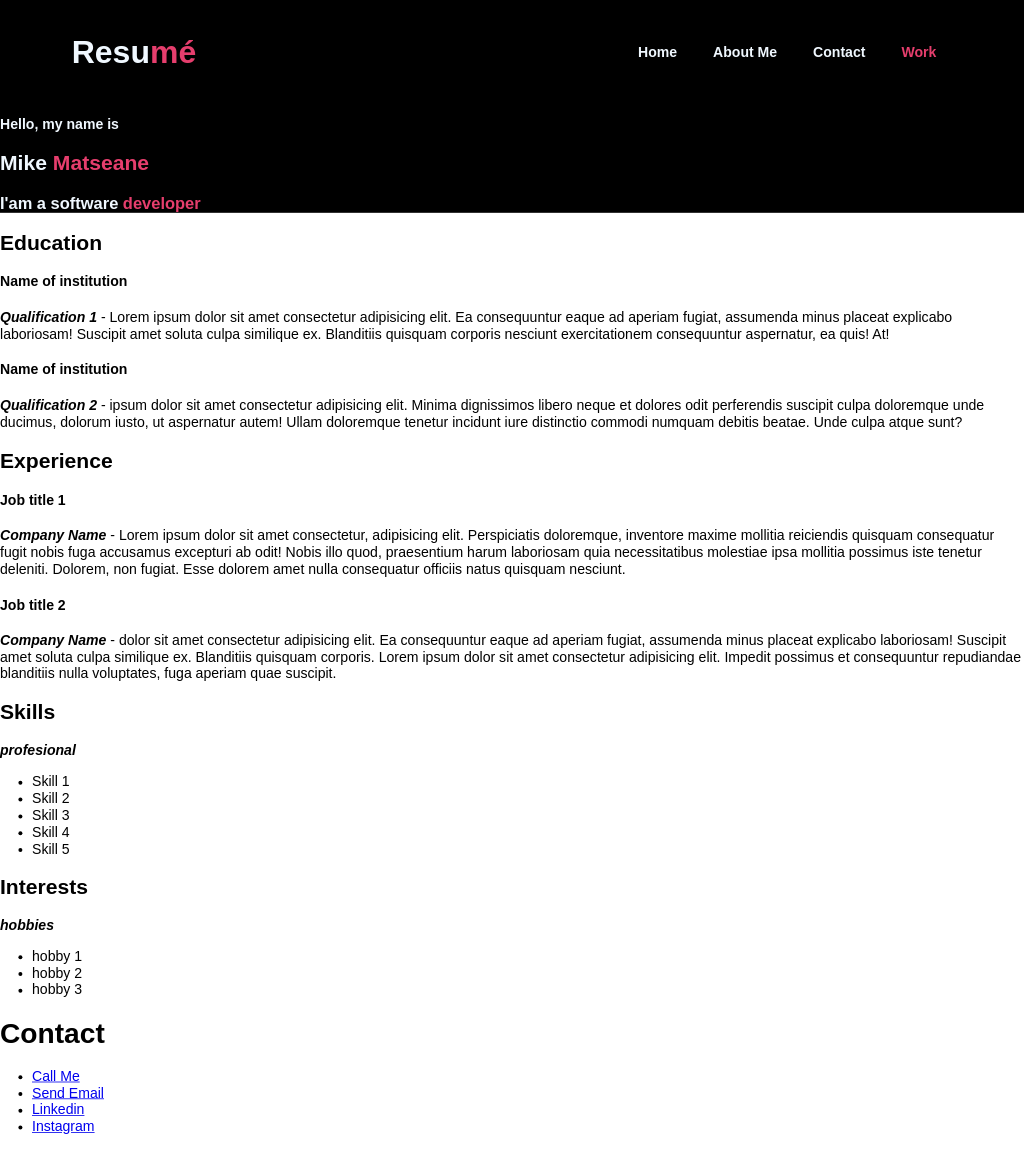
Repository: mikempho/Resume1
Page: resume1.html
The author's editor kept a copy of each file at every save. The page is drawn from the files as they stood at one save, then again after the next save.
The browser window is 1280 px wide. The pictures show the whole page, at 80% of full size.

Above is the page before, as saved 2022-03-26 09:43:47.

After the next save:
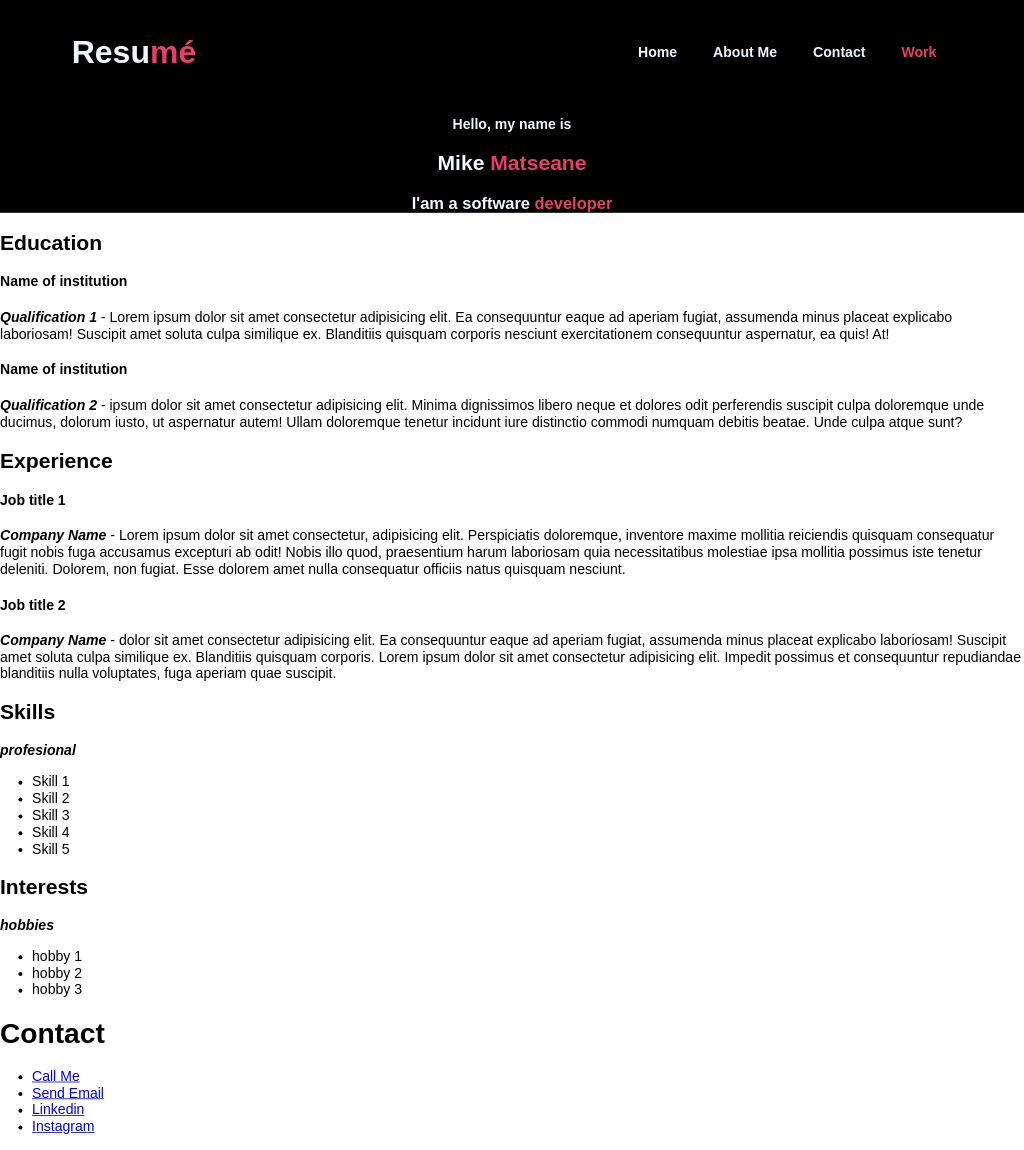
Saved 30 s later.
--- a/css/stylesheet.css
+++ b/css/stylesheet.css
@@ -9,6 +9,7 @@
 .hero {
   background-color: #000;
   color: aliceblue;
+  text-align: center;
 }
 
 span {
@@ -33,7 +34,7 @@
   display: inline;
   padding: 0 20px;
   font-weight: 600;
-  font-size:1.1rem ;
+  font-size:1.1rem;
 }
 
 nav ul li a {

After the 2 saves that followed:
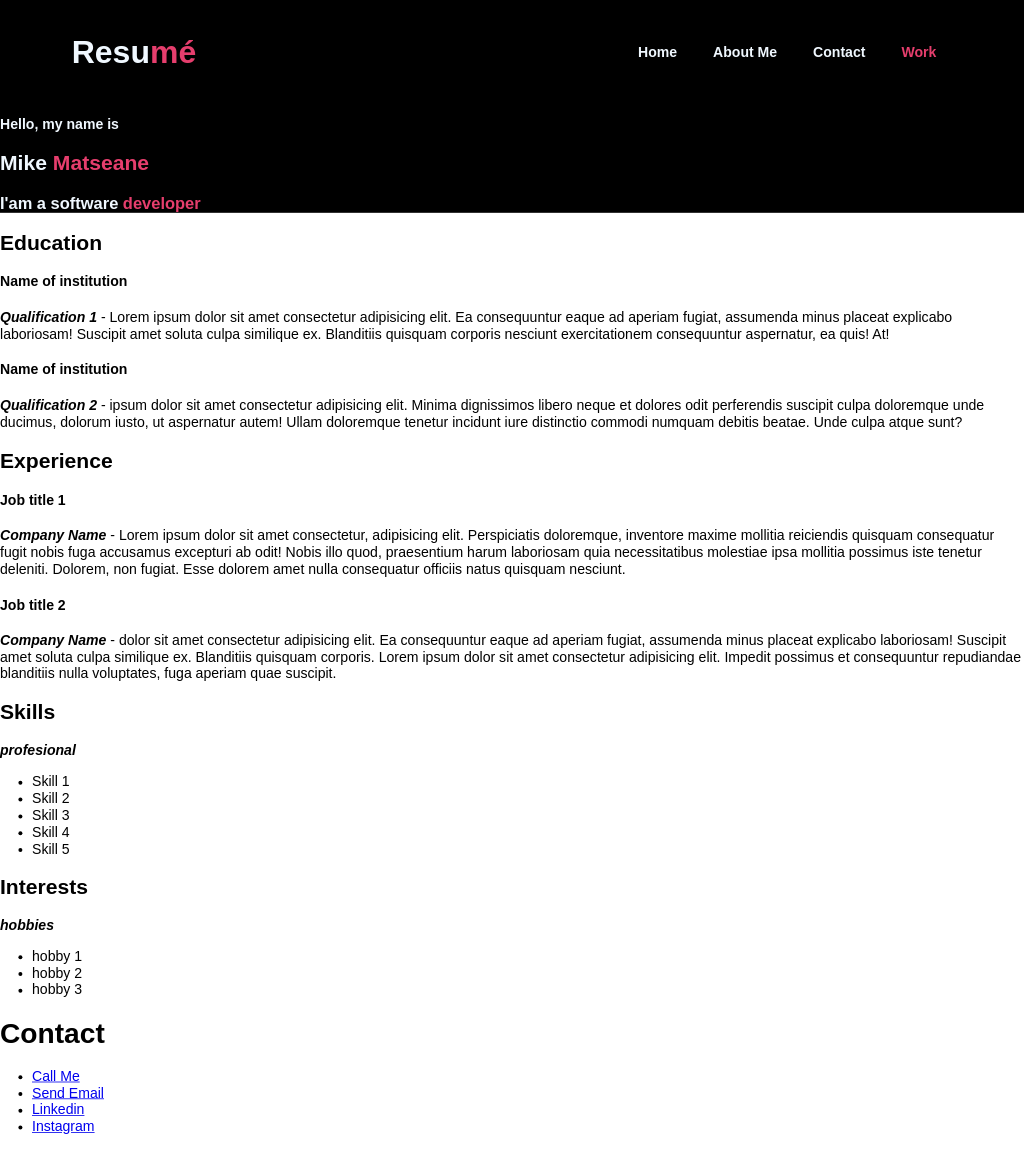
The 2 saves are shown as one change because 1 left the picture as it was.
The last was saved 85 s later.
--- a/resume1.html
+++ b/resume1.html
@@ -22,7 +22,7 @@
                 </ul>
             </nav>
 
-            <div class="Intro">
+            <div class="intro">
                 <!-- <img src="" alt="Profile-Img"> -->
                 <h4>Hello, my name is </h4>
                 <h1>Mike <span>Matseane</span></h1>
--- a/css/stylesheet.css
+++ b/css/stylesheet.css
@@ -41,3 +41,7 @@
   text-decoration: none;
   color: aliceblue;
 }
+
+.intro {
+  text-align: left;
+}
